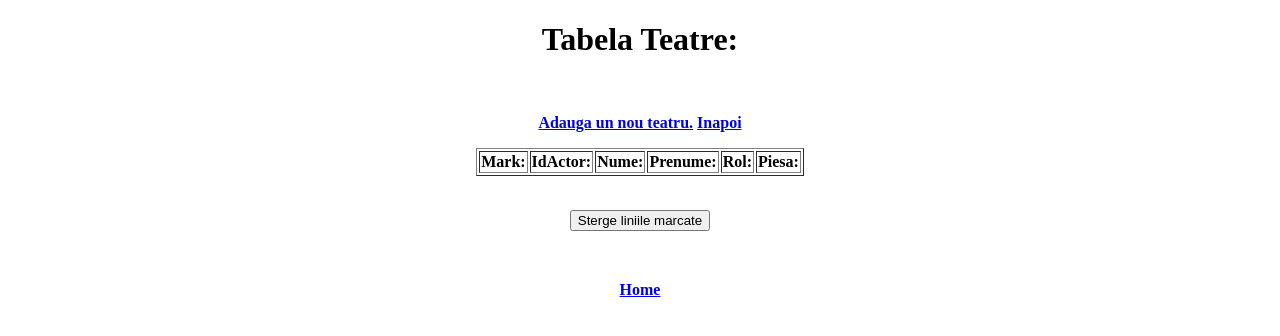
Repository: SusStefan/ActorDB
Page: http://localhost/Actori/sources/tabela_teatre.jsp
These files come from the project's save history. The page is drawn as it stood at one moment and after the next save; the edit follows.
The browser window is 1280 px wide. The pictures show the whole page.
The page is served by Tomcat 9. Queries for data that is not in the repository find no rows.

Above is the page before, as saved 2025-12-10 05:00:24.

### Actori/src/main/webapp/sources/tabela_teatre.jsp
<%@ page language="java" contentType="text/html; charset=UTF-8" pageEncoding="UTF-8"%>
<%@ page language="java" import="java.lang.*,java.math.*,db.*,java.sql.*, java.io.*, java.util.*"%>
<!DOCTYPE html PUBLIC "-//W3C//DTD HTML 4.01 Transitional//EN" "http://www.w3.org/TR/html4/loose.dtd">
<html>
 <head>
 <meta http-equiv="Content-Type" content="text/html; charset=UTF-8">
 <title>Tabela Teatre</title>
 </head>
 <jsp:useBean id="jb" scope="session" class="db.JavaBean" />
 <jsp:setProperty name="jb" property="*" />
 <body>
 <h1 align="center"> Tabela Teatre:</h1>
 <br/>
 <p align="center"><a href="adauga_actor.jsp"><b>Adauga un nou teatru.</b></a> <a
href="index.html"><b>Inapoi</b></a></p>
 <form action="sterge_Pacient.jsp" method="post">
 <table border="1" align="center">
 <tr>
 <td><b>Mark:</b></td>
 <td><b>IdActor:</b></td>
 <td><b>Nume:</b></td>
 <td><b>Prenume:</b></td>
 <td><b>Rol:</b></td>
 <td><b>Piesa:</b></td>
 </tr>
 <%
 jb.connect();
 ResultSet rs = jb.vedeTabela("actori");
 long x;
 while (rs.next()) {
 x = rs.getInt("idpacient");
 %>
 <tr>
 <td><input type="checkbox" name="primarykey" value="<%= x%>" /></td><td><%= x%></td>
 <td><%= rs.getString("Nume")%></td>
 <td><%= rs.getString("Prenume")%></td>
 <td><%= rs.getString("Adresa")%></td>
 <%
 }
 %>
 </tr>
 </table><br/>
 <p align="center">
 <input type="submit" value="Sterge liniile marcate">
 </p>
 </form>
 <%
 rs.close();
 jb.disconnect();
 %>
 <br/>
 <p align="center">
 <a href="index.html"><b>Home</b></a>
 <br/>
 </p>
 </body>
</html>

### Actori/src/main/java/db/JavaBean.java
/*
 * Curs3_Eclipse - Valentin Pupezescu
 */
package db;
import java.math.BigDecimal;
import java.sql.*;
/**
 *
 * @author vali
 */
public class JavaBean {
	String error;
	Connection con;
	public JavaBean() {
	}
	public void connect() throws ClassNotFoundException, SQLException, Exception {
		try {
			Class.forName("com.mysql.cj.jdbc.Driver");
			con = DriverManager.getConnection("jdbc:mysql://localhost:3306/actori?useSSL=false", "root", "2005");
		} catch (ClassNotFoundException cnfe) {
			error = "ClassNotFoundException: Nu s-a gasit driverul bazei de date.";
			throw new ClassNotFoundException(error);
		} catch (SQLException cnfe) {
			error = "SQLException: Nu se poate conecta la baza de date.";
			throw new SQLException(error);
		} catch (Exception e) {
			error = "Exception: A aparut o exceptie neprevazuta in timp ce se stabilea legatura la baza de date.";
			throw new Exception(error);
		}
	} // connect()
	public void disconnect() throws SQLException {
		try {
			if (con != null) {
				con.close();
			}
		} catch (SQLException sqle) {
			error = ("SQLException: Nu se poate inchide conexiunea la baza de date.");
			throw new SQLException(error);
		}
	} // disconnect()
	public void adaugaOras(String Nume, String Tara)
			throws SQLException, Exception {
		if (con != null) {
			try {
				// creaza un "prepared SQL statement"
				Statement stmt;
				stmt = con.createStatement();
				stmt.executeUpdate("insert into orase(nume,tara) values('" +Nume
		+ "' , '" + Tara + "');");
			} catch (SQLException sqle) {
				error = "ExceptieSQL: Reactualizare nereusita; este posibil sa existe duplicate.";
				throw new SQLException(error);
			}
		} else {
			error = "Exceptie: Conexiunea cu baza de date a fost pierduta.";
			throw new Exception(error);
		}
	} // end of adaugaPacient()

	public void adaugateatru(String Nume, String Descriere, String Adresa, long Oras)
			throws SQLException, Exception {
		if (con != null) {
			try {
				// creaza un "prepared SQL statement"
				Statement stmt;
				stmt = con.createStatement();
				stmt.executeUpdate("insert into teatre(nume,descriere,adresa,idoras) values('" + Nume +
						"' , '" + Descriere + "', '" + Adresa + "', '" + Oras + "');");
			} catch (SQLException sqle) {
				error = "ExceptieSQL: Reactualizare nereusita; este posibil sa existe duplicate.";
				throw new SQLException(error);
			}
		} else {
			error = "Exceptie: Conexiunea cu baza de date a fost pierduta.";
			throw new Exception(error);
		}
	}

			public void adaugaactori(String Nume, String Prenume, String Rol, String Piesa, double Salariu, long Teatre)
					throws SQLException, Exception {
				if (con != null) {
					try {
						Statement stmt;
						stmt = con.createStatement();
						stmt.executeUpdate("insert into actori(nume,prenume,rol,piesa,salariu,idteatru) values('" + Nume +
								"' , '" + Prenume + "', '" + Rol + "', '" + Piesa + "', '" + Salariu + "', '" + Teatre
								+ "');");
					} catch (SQLException sqle) {
						error = "ExceptieSQL: Reactualizare nereusita; este posibil sa existe duplicate.";
						throw new SQLException(error);
					}
				} else {
					error = "Exceptie: Conexiunea cu baza de date a fost pierduta.";
					throw new Exception(error);
				}
			}

	public ResultSet vedeOrase() throws SQLException, Exception {
	    ResultSet rs = null;
	    try {
	        // Simple query to select the ID and Name of all cities
	        String queryString = "SELECT idoras, nume FROM orase ORDER BY nume";
	        Statement stmt = con.createStatement();
	        rs = stmt.executeQuery(queryString);
	    } catch (SQLException sqle) {
	        error = "SQLException: Interogarea oraselor nu a fost posibila.";
	        throw new SQLException(error);
	    } catch (Exception e) {
	        error = "A aparut o exceptie in timp ce se extrageau orasele.";
	        throw new Exception(error);
	    }
	    return rs;
	}

	public ResultSet vedeTabela(String tabel) throws SQLException, Exception {
		ResultSet rs = null;
		try {
			String queryString = ("select * from `actori`.`" + tabel + "`;");
			Statement stmt = con.createStatement(/*ResultSet.TYPE_SCROLL_INSENSITIVE,
ResultSet.CONCUR_READ_ONLY*/);
			rs = stmt.executeQuery(queryString);
		} catch (SQLException sqle) {
			error = "SQLException: Interogarea nu a fost posibila.";
			throw new SQLException(error);
		} catch (Exception e) {
			error = "A aparut o exceptie in timp ce se extrageau datele.";
			throw new Exception(error);
		}
		return rs;
	} // vedeTabela()
	public ResultSet vedeTeatre() throws SQLException, Exception {
		ResultSet rs = null;
		try {
			String queryString = ("select t.idteatru as idteatru"
					+ ",t.nume as nume,"
					+ "t.descriere as descriere,"
					+ "t.adresa as adresa,o.nume as oras,o.tara as tara from teatre t inner join orase o using(idoras)");
		    Statement stmt = con.createStatement(/*ResultSet.TYPE_SCROLL_INSENSITIVE,
ResultSet.CONCUR_READ_ONLY*/);
			rs = stmt.executeQuery(queryString);
		} catch (SQLException sqle) {
			error = "SQLException: Interogarea nu a fost posibila.";
			throw new SQLException(error);
		} catch (Exception e) {
			error = "A aparut o exceptie in timp ce se extrageau datele.";
			throw new Exception(error);
		}
		return rs;
	} // vedeConsultatie()

	public ResultSet vedeActori() throws SQLException, Exception {
		ResultSet rs = null;
		try {
			String queryString = ("SELECT a.idactor AS idactor, " +
			           "a.nume AS nume, " +
			           "a.prenume AS prenume, " +
			           "a.rol AS rol, " +
			           "a.piesa AS piesa, " +
			           "a.salariu AS salariu, " +
			           "t.nume AS teatru, " +
			           "t.adresa AS adresa, " +
			           "o.nume AS oras, " +
			           "o.tara AS tara " +
			    "FROM actori a, teatre t, orase o " +
			    "WHERE a.idteatru = t.idteatru AND t.idoras = o.idoras" // Correct join conditions
			);
		    Statement stmt = con.createStatement(/*ResultSet.TYPE_SCROLL_INSENSITIVE,
ResultSet.CONCUR_READ_ONLY*/);
			rs = stmt.executeQuery(queryString);
		} catch (SQLException sqle) {
			error = "SQLException: Interogarea nu a fost posibila.";
			throw new SQLException(error);
		} catch (Exception e) {
			error = "A aparut o exceptie in timp ce se extrageau datele.";
			throw new Exception(error);
		}
		return rs;
	}

	public void stergeDateTabela(String[] primaryKeys, String tabela, String dupaID) throws
	SQLException, Exception {
		if (con != null) {
			try {
				// creaza un "prepared SQL statement"
				long aux;
				PreparedStatement delete;
				delete = con.prepareStatement("DELETE FROM " + tabela + " WHERE " + dupaID + "=?;");
				for (int i = 0; i < primaryKeys.length; i++) {
					aux = java.lang.Long.parseLong(primaryKeys[i]);
					delete.setLong(1, aux);
					delete.execute();
				}
			} catch (SQLException sqle) {
				error = "ExceptieSQL: Reactualizare nereusita; este posibil sa existe duplicate.";
				throw new SQLException(error);
			} catch (Exception e) {
				error = "A aparut o exceptie in timp ce erau sterse inregistrarile.";
				throw new Exception(error);
			}
		} else {
			error = "Exceptie: Conexiunea cu baza de date a fost pierduta.";
			throw new Exception(error);
		}
	} // end of stergeDateTabela()
	public void stergeTabela(String tabela) throws SQLException, Exception {
		if (con != null) {
			try {
				// creaza un "prepared SQL statement"
				Statement stmt;
				stmt = con.createStatement();
				stmt.executeUpdate("delete from " + tabela + ";");
			} catch (SQLException sqle) {
				error = "ExceptieSQL: Stergere nereusita; este posibil sa existe duplicate.";
				throw new SQLException(error);
			}
		} else {
			error = "Exceptie: Conexiunea cu baza de date a fost pierduta.";
			throw new Exception(error);
		}
	} // end of stergeTabela()
	public void modificaTabela(String tabela, String IDTabela, int ID, String[] campuri, String[]
			valori) throws SQLException, Exception {
		String update = "update " + tabela + " set ";
		String temp = "";
		if (con != null) {
			try {
				for (int i = 0; i < campuri.length; i++) {
					if (i != (campuri.length - 1)) {
						temp = temp + campuri[i] + "='" + valori[i] + "', ";
					} else {
						temp = temp + campuri[i] + "='" + valori[i] + "' where " + IDTabela + "= '" + ID + "';";
					}
				}
				update = update + temp;
				// creaza un "prepared SQL statement"
				Statement stmt;
				stmt = con.createStatement();
				stmt.executeUpdate(update);
			} catch (SQLException sqle) {
				error = "ExceptieSQL: Reactualizare nereusita; este posibil sa existe duplicate.";
				throw new SQLException(error);
			}
		} else {
			error = "Exceptie: Conexiunea cu baza de date a fost pierduta.";
			throw new Exception(error);
		}
	}
	public void modificaActor(int idActor, String Nume, String Prenume, String Rol, String Piesa, BigDecimal Salariu, long idTeatru)
		    throws SQLException, Exception {

		    if (con == null || con.isClosed()) {
		        throw new Exception("Exceptie: Conexiunea cu baza de date a fost pierduta.");
		    }
		    String sql = "UPDATE actori SET nume=?, prenume=?, rol=?, piesa=?, salariu=?, idteatru=? WHERE idactor=?";

		    try (PreparedStatement ps = con.prepareStatement(sql)) {
		        ps.setString(1, Nume);
		        ps.setString(2, Prenume);
		        ps.setString(3, Rol);
		        ps.setString(4, Piesa);
		        ps.setBigDecimal(5, Salariu); // Sets DECIMAL type securely
		        ps.setLong(6, idTeatru);      // Sets LONG/INT type securely
		        ps.setInt(7, idActor);         // WHERE clause ID

		        ps.executeUpdate();
		    } catch (SQLException sqle) {
		        throw new SQLException("ExceptieSQL: Reactualizare nereusita. Va rugam verificati log-urile.", sqle);
		    }
		}
	public ResultSet intoarceLinie(String tabela, int ID) throws SQLException, Exception {
		ResultSet rs = null;
		try {
			// Executa interogarea
			String queryString = ("SELECT * FROM " + tabela + " where idpacient=" + ID + ";");
			Statement stmt = con.createStatement(ResultSet.TYPE_SCROLL_INSENSITIVE,
					ResultSet.CONCUR_READ_ONLY);
			rs = stmt.executeQuery(queryString); //sql exception
		} catch (SQLException sqle) {
			error = "SQLException: Interogarea nu a fost posibila.";
			throw new SQLException(error);
		} catch (Exception e) {
			error = "A aparut o exceptie in timp ce se extrageau datele.";
			throw new Exception(error);
		}
		return rs;
	} // end of intoarceLinie()
	public ResultSet intoarceLinieDupaId(String tabela, String denumireId, int ID) throws
	SQLException, Exception {
		ResultSet rs = null;
		try {
			// Executa interogarea
			String queryString = ("SELECT * FROM " + tabela + " where " + denumireId + "=" + ID
					+ ";");
			Statement stmt = con.createStatement(ResultSet.TYPE_SCROLL_INSENSITIVE,
					ResultSet.CONCUR_READ_ONLY);
			rs = stmt.executeQuery(queryString); //sql exception
		} catch (SQLException sqle) {
			error = "SQLException: Interogarea nu a fost posibila.";
			throw new SQLException(error);
		} catch (Exception e) {
			error = "A aparut o exceptie in timp ce se extrageau datele.";
			throw new Exception(error);
		}
		return rs;
	} // end of intoarceLinieDupaId()
	public ResultSet intoarceConsultatieId(int ID) throws SQLException, Exception {
		ResultSet rs = null;
		try {
			// Executa interogarea
			String queryString = ("SELECT a.Nume NumePacient, a.Prenume PrenumePacient, a.Adresa,b.Nume NumeMedic, b.Prenume PrenumeMedic, b.Sectie, c.idconsultatie, c.idmedic idmedic_consult,c.idpacient idpacient_consult, dataconsultatie, diagnostic, medicament FROM pacienti a, medici b,consultatie c WHERE a.idpacient = c.idpacient AND b.idmedic = c.idmedic and idconsultatie = '" +ID + "';");
			Statement stmt = con.createStatement(ResultSet.TYPE_SCROLL_INSENSITIVE,
					ResultSet.CONCUR_READ_ONLY);
			rs = stmt.executeQuery(queryString); //sql exception
		} catch (SQLException sqle) {
			error = "SQLException: Interogarea nu a fost posibila.";
			throw new SQLException(error);
		} catch (Exception e) {
			error = "A aparut o exceptie in timp ce se extrageau datele.";
			throw new Exception(error);
		}
		return rs;
	} // end of intoarceLinieDupaId()
}

After the next save:
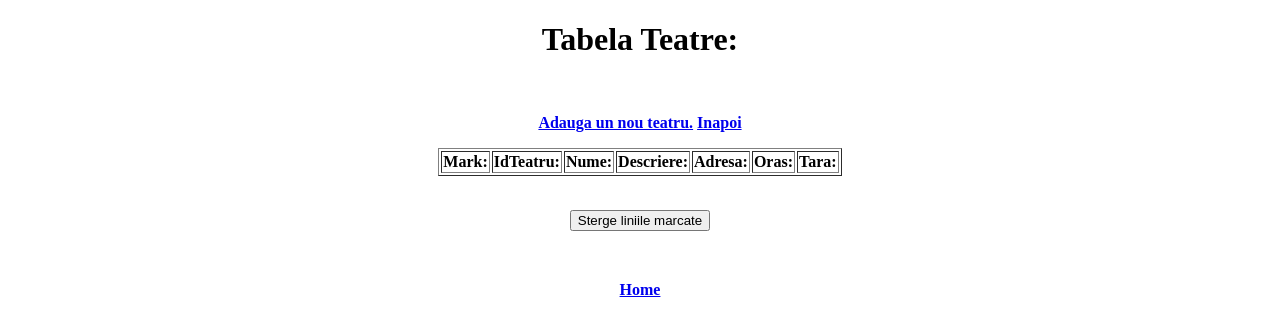
Saved 93 s later.
--- a/Actori/src/main/webapp/sources/tabela_teatre.jsp
+++ b/Actori/src/main/webapp/sources/tabela_teatre.jsp
@@ -17,11 +17,12 @@ href="index.html"><b>Inapoi</b></a></p>
  <table border="1" align="center">
  <tr>
  <td><b>Mark:</b></td>
- <td><b>IdActor:</b></td>
+ <td><b>IdTeatru:</b></td>
  <td><b>Nume:</b></td>
- <td><b>Prenume:</b></td>
- <td><b>Rol:</b></td>
- <td><b>Piesa:</b></td>
+ <td><b>Descriere:</b></td>
+ <td><b>Adresa:</b></td>
+ <td><b>Oras:</b></td>
+ <td><b>Tara:</b></td>
  </tr>
  <%
  jb.connect();
